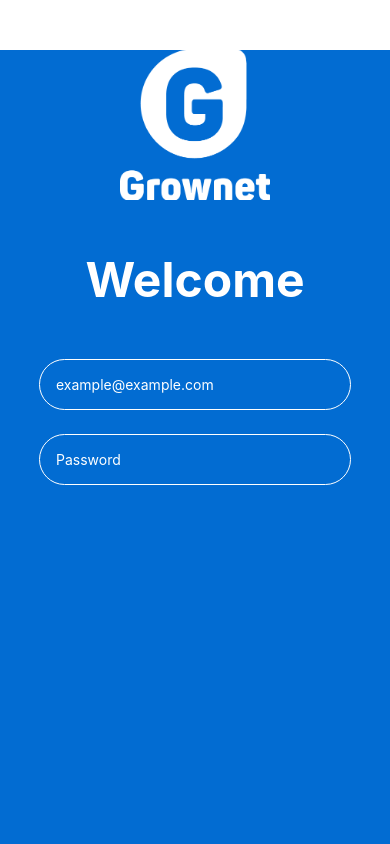
Repository: grownet-App/grownetAll
Screen: / (app in grownet-app/)
An editor plug-in stored every save of this project. The screen is shown before and after a run of saves, followed by the edit.
The app was drawn by React Native's web renderer in a window 390 px wide. The project was rebuilt for these pictures with package versions that can differ from the ones it lists, and the page was loaded fresh each time.

Above is the screen before, as saved 2023-07-05 17:05:53.

### grownet-app/App.js
import { StatusBar } from 'expo-status-bar';
import { StyleSheet, Text, TextInput, View, Image } from 'react-native';

export default function App() {
  return (
    <View style={styles.container}>
      <Image
        style={styles.tinyLogo}
        source={require('./assets/logo.png')}
      />
      <Text style={styles.welcome}>Welcome</Text>
      <TextInput style={styles.textInput}
      placeholder='example@example.com'
      placeholderTextColor={'white'}
      />
      <TextInput style={styles.textInput}
      placeholder='Password'
      placeholderTextColor={'white'}
      secureTextEntry={true}
      />
      <StatusBar style="auto" />
    </View>
  );
}

const styles = StyleSheet.create({
  container: {
    flex: 1,
    backgroundColor: '#026CD2',
    alignItems: 'center',
    marginTop: 50
  },
  welcome:{
    color: 'white',
    fontSize: 48,
    fontWeight: 'bold',
    marginBottom: 50
  },
  tinyLogo:{
    width:150,
    height: 150,
    marginBottom: 50
  },
  textInput:{
    borderWidth: 1,
    borderColor: 'white',
    width: '80%',
    padding: 16,
    marginBottom: 24,
    borderRadius: 30,
    color: 'white'
  }
});

After the next 3 saves:
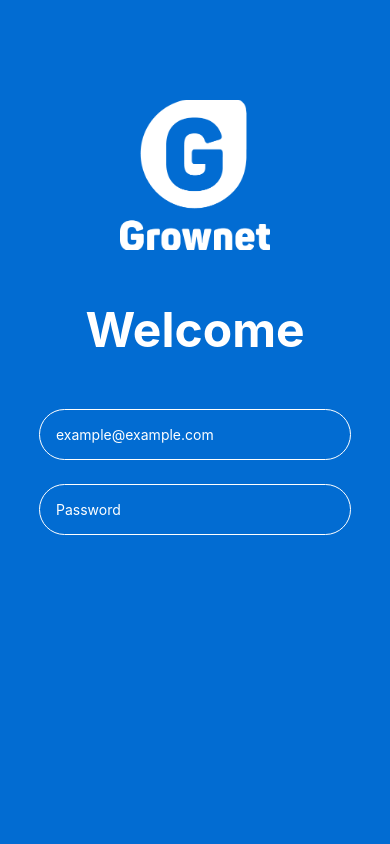
The 3 saves are shown as one change because they came seconds apart.
The last was saved 14 s later.
--- a/grownet-app/App.js
+++ b/grownet-app/App.js
@@ -28,7 +28,7 @@
     flex: 1,
     backgroundColor: '#026CD2',
     alignItems: 'center',
-    marginTop: 50
+    paddingTop: 100
   },
   welcome:{
     color: 'white',
